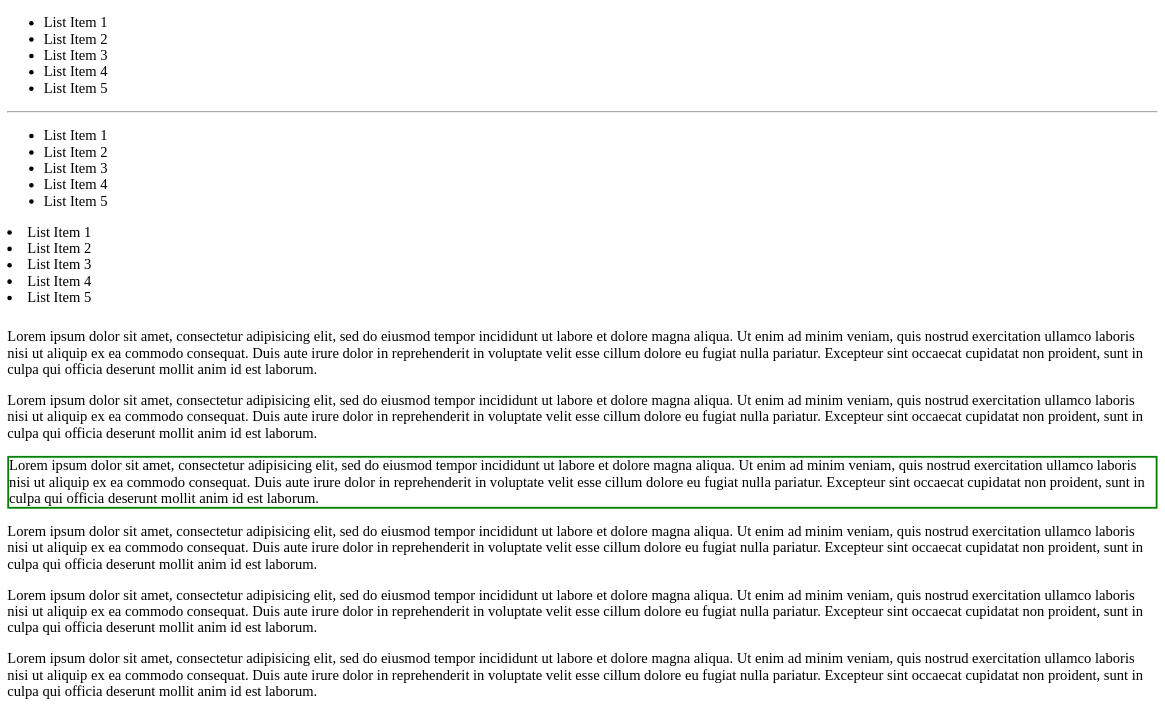
Repository: PankajSutharPersistent/vm-backup
Page: workspaceJavaScript/DemoJQuery/index.html
The author's editor kept a copy of each file at every save. The page is drawn from the files as they stood at one save, then again after the next save.
The browser window is 1280 px wide. The pictures show the whole page, at 91% of full size.

Above is the page before, as saved 2017-01-02 05:08:57.

After the next save:
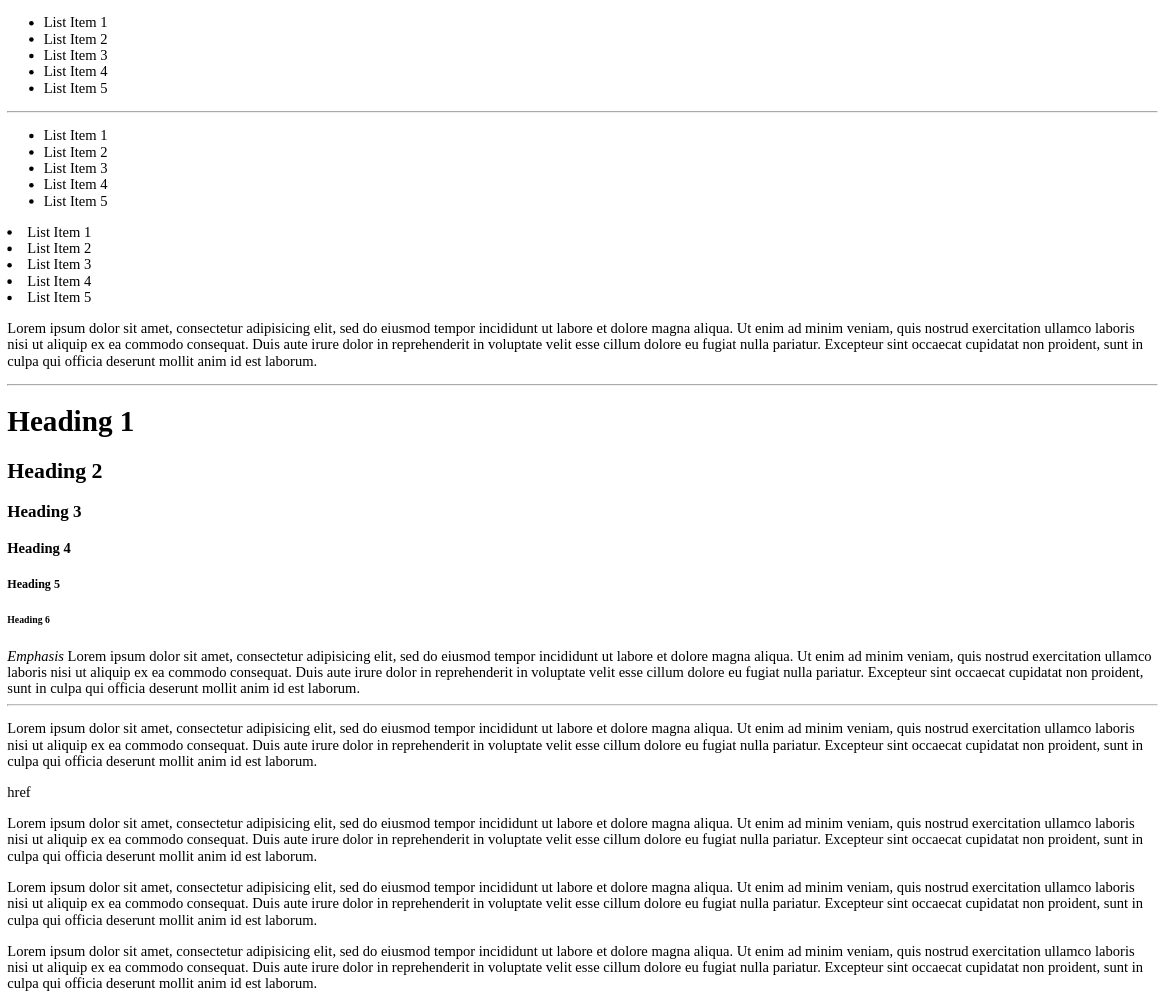
Saved 20 min 24 s later.
--- a/workspaceJavaScript/DemoJQuery/index.html
+++ b/workspaceJavaScript/DemoJQuery/index.html
@@ -24,8 +24,14 @@
 			// $(".items","#list").css("border","2px solid green");
 			// $("#list .items").css("border","2px solid green");
 
-			   $("p[onclick='fun3()']").css("border","2px solid green");
+			// $("p[onclick='fun3()']").css("border","2px solid green");
+			// $("div *").css("border","2px solid green");
+			// $("h1,h3,h5").css("border","2px solid red")
 
+			// $(".x.a, h1, ul#list").css("border","2px solid red")
+
+			// $("div + p").css("border","5px dotted green")
+			// $("div ~ p,a").css("border","5px dotted green")
 			///=========================
 		})
 	</script>
@@ -34,15 +40,15 @@
 	<ul id="list">
 		<li class="items">List Item 1</li>
 		<li class="items">List Item 2</li>
-		<li class="items">List Item 3</li>
+		<li class="items a">List Item 3</li>
 		<li class="items">List Item 4</li>
-		<li class="items">List Item 5</li>
+		<li class="items x">List Item 5</li>
 	</ul>
 	<hr/>
 	<ul>
 		<li class="items">List Item 1</li>
 		<li class="items">List Item 2</li>
-		<li class="items">List Item 3</li>
+		<li class="items a x">List Item 3</li>
 		<li class="items">List Item 4</li>
 		<li class="items">List Item 5</li>
 	</ul>
@@ -53,21 +59,28 @@
 	<li class="items">List Item 4</li>
 	<li class="items">List Item 5</li>
 
-	<p onclick="fun1()">
-		<h1></h1>
-		<h2></h2>
-		<h3></h3>
-		<h4></h4>
-		<h5></h5>
-		<h6></h6>
-		Lorem ipsum dolor sit amet, consectetur adipisicing elit, sed do eiusmod tempor incididunt ut labore et dolore magna aliqua. Ut enim ad minim veniam, quis nostrud exercitation ullamco laboris nisi ut aliquip ex ea commodo consequat. Duis aute irure dolor in reprehenderit in voluptate velit esse cillum dolore eu fugiat nulla pariatur. Excepteur sint occaecat cupidatat non proident, sunt in culpa qui officia deserunt mollit anim id est laborum.
-	</p>
 	<p onclick="fun2()">
 		Lorem ipsum dolor sit amet, consectetur adipisicing elit, sed do eiusmod tempor incididunt ut labore et dolore magna aliqua. Ut enim ad minim veniam, quis nostrud exercitation ullamco laboris nisi ut aliquip ex ea commodo consequat. Duis aute irure dolor in reprehenderit in voluptate velit esse cillum dolore eu fugiat nulla pariatur. Excepteur sint occaecat cupidatat non proident, sunt in culpa qui officia deserunt mollit anim id est laborum.
 	</p>
+	<hr/>
+	<div>
+		<h1> Head<span>ing</span> 1</h1>
+		<h2> Heading 2</h2>
+		<h3> Heading 3</h3>
+		<h4 class="a"> Heading 4</h4>
+		<h5> Heading 5</h5>
+		<h6> Heading 6</h6>
+		<em>
+			Emphasis
+		</em>
+		Lorem ipsum dolor sit amet, consectetur adipisicing elit, sed do eiusmod tempor incididunt ut labore et dolore magna aliqua. Ut enim ad minim veniam, quis nostrud exercitation ullamco laboris nisi ut aliquip ex ea commodo consequat. Duis aute irure dolor in reprehenderit in voluptate velit esse cillum dolore eu fugiat nulla pariatur. Excepteur sint occaecat cupidatat non proident, sunt in culpa qui officia deserunt mollit anim id est laborum.
+	</div>
+	<hr/>
+
 	<p onclick="fun3()">
 		Lorem ipsum dolor sit amet, consectetur adipisicing elit, sed do eiusmod tempor incididunt ut labore et dolore magna aliqua. Ut enim ad minim veniam, quis nostrud exercitation ullamco laboris nisi ut aliquip ex ea commodo consequat. Duis aute irure dolor in reprehenderit in voluptate velit esse cillum dolore eu fugiat nulla pariatur. Excepteur sint occaecat cupidatat non proident, sunt in culpa qui officia deserunt mollit anim id est laborum.
 	</p>
+	<a>href</a>
 	<p onclick="fun4()">
 		Lorem ipsum dolor sit amet, consectetur adipisicing elit, sed do eiusmod tempor incididunt ut labore et dolore magna aliqua. Ut enim ad minim veniam, quis nostrud exercitation ullamco laboris nisi ut aliquip ex ea commodo consequat. Duis aute irure dolor in reprehenderit in voluptate velit esse cillum dolore eu fugiat nulla pariatur. Excepteur sint occaecat cupidatat non proident, sunt in culpa qui officia deserunt mollit anim id est laborum.
 	</p>
